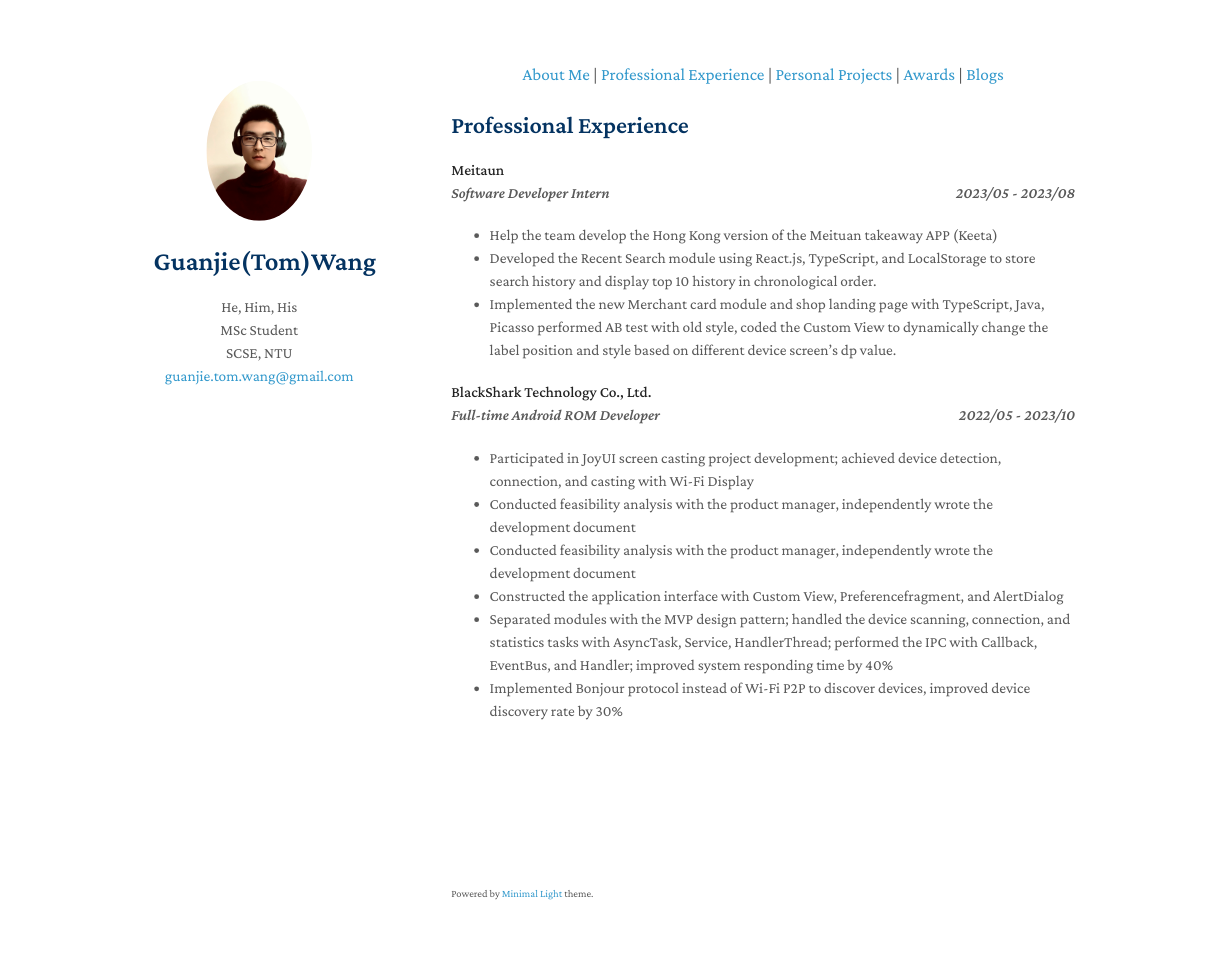
Repository: guanjie01/aboutme
Page: html/professional.html
These files come from the project's save history. The page is drawn as it stood at one moment and after the next save; the edit follows.
The browser window is 1280 px wide. The pictures show the whole page, at 96% of full size.

Above is the page before, as saved 2023-07-31 23:47:00.

### html/professional.html
<!DOCTYPE html>
<html lang="en" class="">

<head>
  <meta http-equiv="Content-Type" content="text/html; charset=UTF-8" />
  <title>Guanjie Wang</title>
  <link rel="shortcut icon" href="../assert/Icon.ico" />
  <meta http-equiv="X-UA-Compatible" content="IE=edge" />
  <meta name="viewport" content="width=device-width, initial-scale=1" />
  <meta name="description"
    content="The Minimal Light is a simple and elegant jekyll theme for academic personal homepage." />

  <meta name="keywords" content="minimal academic" />

  <link rel="stylesheet" href="../css/academicons.min.css" />

  <link rel="stylesheet" href="../css/all.min.css" />

  <link rel="stylesheet" href="../css/style.css" />
  <link type="text/css" rel="stylesheet" charset="UTF-8" href="../css/translateelement.css" />
</head>
<script src="../js/Professional.js"></script>

<body data-new-gr-c-s-check-loaded="14.1087.0" data-gr-ext-installed="">
  <div id="app">
    <div class="spinner">
      <div class="rect1"></div>
      <div class="rect2"></div>
      <div class="rect3"></div>
      <div class="rect4"></div>
      <div class="rect5"></div>
    </div>
    <p style="text-align: center; font-size: 28px">Loading, please wait...</p>
  </div>
  <div class="wrapper">
    <header id="hd">
      <a class="image avatar"><img src="../assert/Photo.jpg" alt="avatar" oncontextmenu="return false" /></a>

      <h1>Guanjie(Tom)Wang</h1>
      He, Him, His
      <br />
      MSc Student
      <br />

      SCSE, NTU

      <br />
      <a href="mailto: guanjie.tom.wang@gmail.com">guanjie.tom.wang@gmail.com</a>
    </header>
    <section id="main">
      <nav id="nav">
        <a href="https://o-guanjiewang-o.github.io/guanjiewang.com/index.html">About Me</a>
        |
        <a href="https://o-guanjiewang-o.github.io/guanjiewang.com/html/professional.html">Professional Experience</a>
        |
        <a href="https://o-guanjiewang-o.github.io/guanjiewang.com/html/project.html">Personal Projects</a>
        |
        <a href="https://o-guanjiewang-o.github.io/guanjiewang.com/html/awards.html">Awards</a>
        |
        <a href="https://o-guanjiewang-o.github.io/guanjiewang.com/html/blogs.html">Blogs</a>
      </nav>
      <br />
      <div id="work-experience">
        <h2>Professional Experience</h2>
        <div>
          <p>
            <strong style="float: left; margin-right: 10px;">Meitaun</strong>
          </p>
          <br />
          <p>
            <em style="float: left; font-size: 12;">Software Developer Intern</em>
            <em style="float: right; margin-left: 10px;font-size: medium;">2023/05 - 2023/08</em>
          </p>
          <br />
          <ul>
            <li>
              Help the team develop the Hong Kong version of the Meituan
              takeaway APP (Keeta)
            </li>
            <li>
              Developed the Recent Search module using React.js, TypeScript,
              and LocalStorage to store search history and display top 10
              history in chronological order.
            </li>
            <li>
              Implemented the new Merchant card module and shop landing page
              with TypeScript, Java, Picasso performed AB test with old style,
              coded the Custom View to dynamically change the label position
              and style based on different device screen’s dp value.
            </li>
          </ul>
        </div>
        <div>
          <p>
            <strong style="float: left; margin-right: 10px">BlackShark Technology Co., Ltd.</strong>
          </p>
          <br />
          <p>
            <em style="float: left">Full-time Android ROM Developer</em>
            <em style="float: right; margin-left: 10px">2022/05 - 2023/10</em>
          </p>
          <br />
          <ul>
            <li>
              Participated in JoyUI screen casting project development;
              achieved device detection, connection, and casting with Wi-Fi
              Display
            </li>
            <li>
              Conducted feasibility analysis with the product manager,
              independently wrote the development document
            </li>
            <li>
              Conducted feasibility analysis with the product manager,
              independently wrote the development document
            </li>
            <li>
              Constructed the application interface with Custom View,
              Preferencefragment, and AlertDialog
            </li>
            <li>
              Separated modules with the MVP design pattern; handled the
              device scanning, connection, and statistics tasks with
              AsyncTask, Service, HandlerThread; performed the IPC with
              Callback, EventBus, and Handler; improved system responding time
              by 40%
            </li>
            <li>
              Implemented Bonjour protocol instead of Wi-Fi P2P to discover
              devices, improved device discovery rate by 30%
            </li>
          </ul>
        </div>
      </div>

      <div id="reference">
        <br /><br /><br /><br /><br /><br />

        <p>
          <small>Powered by
            <a href="https://github.com/yaoyao-liu/minimal-light" target="_blank" rel="noopener">Minimal Light</a>
            theme.</small>
        </p>
      </div>
    </section>
  </div>
</body>

</html>

### css/style.css
@import url("https://fonts.googleapis.com/css2?family=Crimson+Pro:ital,wght@0,400;0,500;0,600;1,600&display=swap");
@import url("https://fonts.googleapis.com/css2?family=Ubuntu+Mono&display=swap");
body {
  background-color: #fff;
  padding: 0px;
  font: 16px/1.5 Crimson Pro, serif;
  color: #595959;
  font-weight: 400;
  margin: 0;
}
@keyframes fadeInAnimation {
  0% {
    opacity: 0; /*设置不透明度*/
  }
  100% {
    opacity: 1;
  }
}
.social-icons a {
  display: inline-block;
  height: 3rem;
  width: 3rem;
  background-color: #495057;
  color: #fff !important;
  border-radius: 100%;
  text-align: center;
  font-size: 1.5rem;
  line-height: 3.1rem;
  margin-right: 1rem;
}
.social-icons a:last-child {
  margin-right: 0;
}
.social-icons a:hover {
  background-color: #000000;
}
autocolor {
  color: #494949;
}
lightonly {
  visibility: visible;
}
darkonly {
  visibility: hidden;
}
education {
  font-weight: 500;
  font-size: 115%;
}
papertitle {
  font-weight: 600;
  font-size: 100%;
}
@media (prefers-color-scheme: dark) {
  body {
    background-color: #20212b;
    color: #dadbdf;
  }
  autocolor {
    color: #dadbdf;
  }
  lightonly {
    visibility: hidden;
  }
  darkonly {
    visibility: visible;
  }
  papertitle {
    color: #eeeff0;
  }
}
.image {
  border-radius: 0.35em;
  border: 0;
  display: inline-block;
  position: relative;
}
.image:before {
  -moz-transition: opacity 0.2s ease-in-out;
  -webkit-transition: opacity 0.2s ease-in-out;
  -ms-transition: opacity 0.2s ease-in-out;
  transition: opacity 0.2s ease-in-out;
  border-radius: 0.35em;
  content: "";
  display: block;
  height: 100%;
  left: 0;
  opacity: 0.5;
  position: absolute;
  top: 0;
  width: 100%;
}
.image.avatar {
  border-radius: 100%;
}
.image.avatar:before {
  display: none;
}
.image.avatar img {
  border-radius: 100%;
  width: 50%;
  padding: 20px;
}
#header .image.avatar {
  margin: 0 0 1em 0;
  width: 8em;
}
h1,
h3,
h4,
h5,
h6 {
  font-weight: 600;
  color: #043361;
  margin: 0 0 20px;
}
h2 {
  color: #043361;
  margin: 2px 0px 15px;
  font-size: 157%;
}
@media (prefers-color-scheme: dark) {
  h1,
  h3,
  h4,
  h5,
  h6 {
    color: #3eb7f0;
  }
  h2 {
    color: #3eb7f0;
  }
}
p,
ul,
ol,
table,
pre,
dl {
  margin: 0 0 20px;
}
h1,
h2,
h3 {
  line-height: 1.1;
}
h1 {
  font-size: 28px;
}
a {
  color: #39c;
  text-decoration: none;
}
a:hover {
  color: #069;
}
@media (prefers-color-scheme: dark) {
  a {
    color: #3eb7f0;
  }
}
a small {
  font-size: 11px;
  color: #777;
  margin-top: -0.3em;
  display: block;
}
a:hover small {
  color: #777;
}
.wrapper {
  width: 960px;
  margin: 0 auto;
}
blockquote {
  border-left: 1px solid #e5e5e5;
  margin: 0;
  padding: 0 0 0 20px;
  font-style: italic;
}
code,
pre {
  font-family: Monaco, Bitstream Vera Sans Mono, Lucida Console, Terminal,
    Consolas, Liberation Mono, DejaVu Sans Mono, Courier New, monospace;
  color: #333;
}
pre {
  max-width: 500px;
  padding: 8px 15px;
  background: #f8f8f8;
  border-radius: 5px;
  border: 1px solid #e5e5e5;
  overflow-x: auto;
}
table {
  width: 100%;
  border-collapse: collapse;
}
th,
td {
  text-align: left;
  padding: 5px 10px;
  border-bottom: 1px solid #e5e5e5;
}
dt {
  color: #444;
  font-weight: 500;
}
th {
  color: #444;
}
@media (prefers-color-scheme: dark) {
  th {
    color: #3eb7f0;
  }
  dt {
    color: #3eb7f0;
  }
}
img {
  max-width: 100%;
}
header {
  width: 220px;
  float: left;
  position: fixed;
  -webkit-font-smoothing: subpixel-antialiased;
  padding-top: 4em;
  text-align: center;
  animation: 1s fadeInAnimation;
  animation-iteration-count: 1;
  animation-fill-mode: forwards;
}
nav {
  text-align: center;
  font-size: large;
  animation: 1s fadeInAnimation;
  animation-iteration-count: 1;
  animation-fill-mode: forwards;
}
#about-me {
  animation: 1s fadeInAnimation;
  animation-iteration-count: 1;
  animation-fill-mode: forwards;
}
#work-experience {
  animation: 1s fadeInAnimation;
  animation-iteration-count: 1;
  animation-fill-mode: forwards;
}

#project {
  animation: 1s fadeInAnimation;
  animation-iteration-count: 1;
  animation-fill-mode: forwards;
}
#Awards {
  animation: 1s fadeInAnimation;
  animation-iteration-count: 1;
  animation-fill-mode: forwards;
}
#reference {
  animation: 1s fadeInAnimation;
  animation-iteration-count: 1;
  animation-fill-mode: forwards;
}
header ul {
  list-style: none;
  height: 40px;
  padding: 0;
  background: #f4f4f4;
  border-radius: 5px;
  border: 1px solid #e0e0e0;
  width: 270px;
}
header li {
  width: 89px;
  float: left;
  border-right: 1px solid #e0e0e0;
  height: 40px;
}
header li:first-child a {
  border-radius: 5px 0 0 5px;
}
header li:last-child a {
  border-radius: 0 5px 5px 0;
}
header ul a {
  line-height: 1;
  font-size: 11px;
  color: #999;
  display: block;
  text-align: center;
  padding-top: 6px;
  height: 34px;
}
header ul a:hover {
  color: #999;
}
header ul a:active {
  background-color: #f0f0f0;
}
strong {
  color: #222;
  font-weight: 500;
}
@media (prefers-color-scheme: dark) {
  strong {
    color: #eeeff0;
  }
}
header ul li + li + li {
  border-right: none;
  width: 89px;
}
header ul a strong {
  font-size: 14px;
  display: block;
  color: #222;
}
section {
  width: 650px;
  float: right;
  padding-top: 4em;
  padding-bottom: 50px;
}
small {
  font-size: 11px;
}
hr {
  border: 0;
  background: #e5e5e5;
  height: 1px;
  margin: 0 0 20px;
}
footer {
  width: 220px;
  float: left;
  position: fixed;
  bottom: 30px;
  -webkit-font-smoothing: subpixel-antialiased;
  text-align: center;
}
@media print, screen and (max-width: 960px) {
  div.wrapper {
    width: auto;
    margin: 0;
  }
  header,
  section,
  footer {
    float: none;
    position: static;
    width: auto;
  }
  header {
    padding-right: 320px;
  }
  section {
    border: 1px solid #e5e5e5;
    border-width: 1px 0;
    padding: 20px 0;
    margin: 0 0 20px;
  }
  header a small {
    display: inline;
  }
  header ul {
    position: absolute;
    right: 50px;
    top: 52px;
  }
  .image.avatar img {
    border-radius: 100%;
    width: 117px;
    padding: 20px;
  }
  #head1o2 {
    visibility: hidden;
  }
  #head2o2 {
    visibility: hidden;
  }
}
@media print, screen and (max-width: 960px) {
  body {
    word-wrap: break-word;
    padding: 15px;
  }
  header {
    padding: 0;
  }
  pre,
  code {
    word-wrap: normal;
  }
}
@media print, screen and (max-width: 480px) {
  body {
    padding: 15px;
  }
  header ul {
    width: 99%;
  }
  header li,
  header ul li + li + li {
    width: 33%;
  }
  .image.avatar img {
    border-radius: 100%;
    width: 95px;
    padding: 20px;
  }
  #head1o2 {
    visibility: hidden;
  }
  #head2o2 {
    visibility: hidden;
  }
}
@media print {
  body {
    padding: 0.4in;
    font-size: 12pt;
    color: #444;
  }
}
.biblink {
  text-decoration: none;
  display: inline;
  margin-right: 0px;
}
.fakelink {
  text-decoration: none;
  cursor: pointer;
}
.bibref {
  font-size: 70%;
  margin-top: 10px;
  margin-left: 0px;
  display: none;
  font-family: monospace;
}

.spinner {
  margin: 50px auto;
  width: 300px;
  height: 300px;
  text-align: center;
  font-size: 10px;
}

.spinner > div {
  background-color: #043361;
  height: 100%;
  width: 20px;
  display: inline-block;
  -webkit-animation: stretchDelay 1.2s infinite ease-in-out;
  animation: stretchDelay 1.2s infinite ease-in-out;
}

.spinner .rect2 {
  margin-left: 30px;
  -webkit-animation-delay: -1.1s;
  animation-delay: -1.1s;
}

.spinner .rect3 {
  margin-left: 30px;
  -webkit-animation-delay: -1s;
  animation-delay: -1s;
}

.spinner .rect4 {
  margin-left: 30px;
  -webkit-animation-delay: -0.9s;
  animation-delay: -0.9s;
}

.spinner .rect5 {
  margin-left: 30px;
  -webkit-animation-delay: -0.8s;
  animation-delay: -0.8s;
}

@-webkit-keyframes stretchDelay {
  0%,
  40%,
  100% {
    -webkit-transform: scaleY(0.4);
  }
  20% {
    -webkit-transform: scaleY(1);
  }
}

@keyframes stretchDelay {
  0%,
  40%,
  100% {
    transform: scaleY(0.4);
    -webkit-transform: scaleY(0.4);
  }
  20% {
    transform: scaleY(1);
    -webkit-transform: scaleY(1);
  }
}

Loaded but not shown: css/academicons.min.css (library); css/all.min.css (library); js/Professional.js (22 lines, source omitted); css/translateelement.css (924 lines, source omitted)

After the next save:
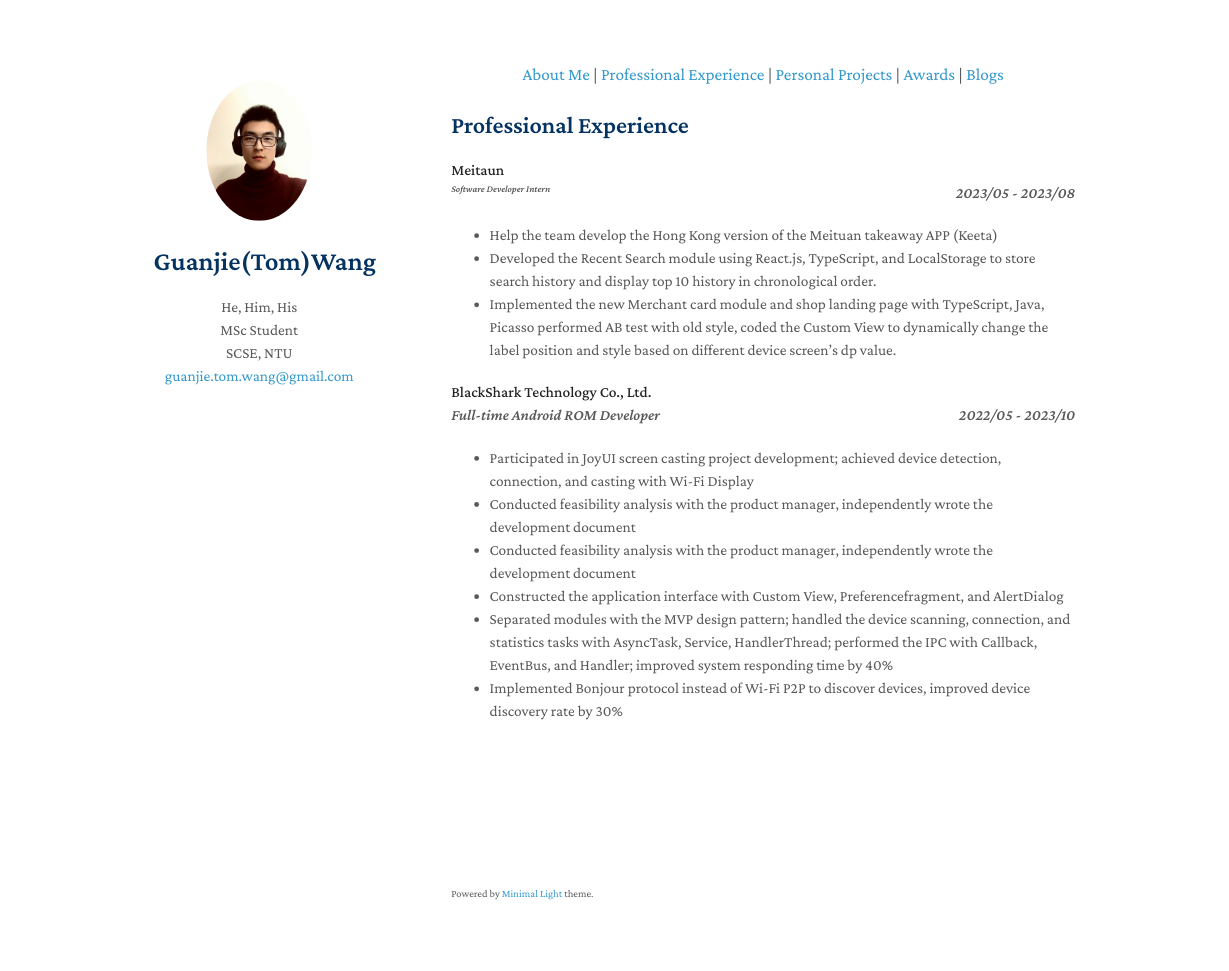
Saved 15 s later.
--- a/html/professional.html
+++ b/html/professional.html
@@ -68,7 +68,7 @@
           </p>
           <br />
           <p>
-            <em style="float: left; font-size: 12;">Software Developer Intern</em>
+            <em style="float: left; font-size: 10px;">Software Developer Intern</em>
             <em style="float: right; margin-left: 10px;font-size: medium;">2023/05 - 2023/08</em>
           </p>
           <br />

After the save that followed:
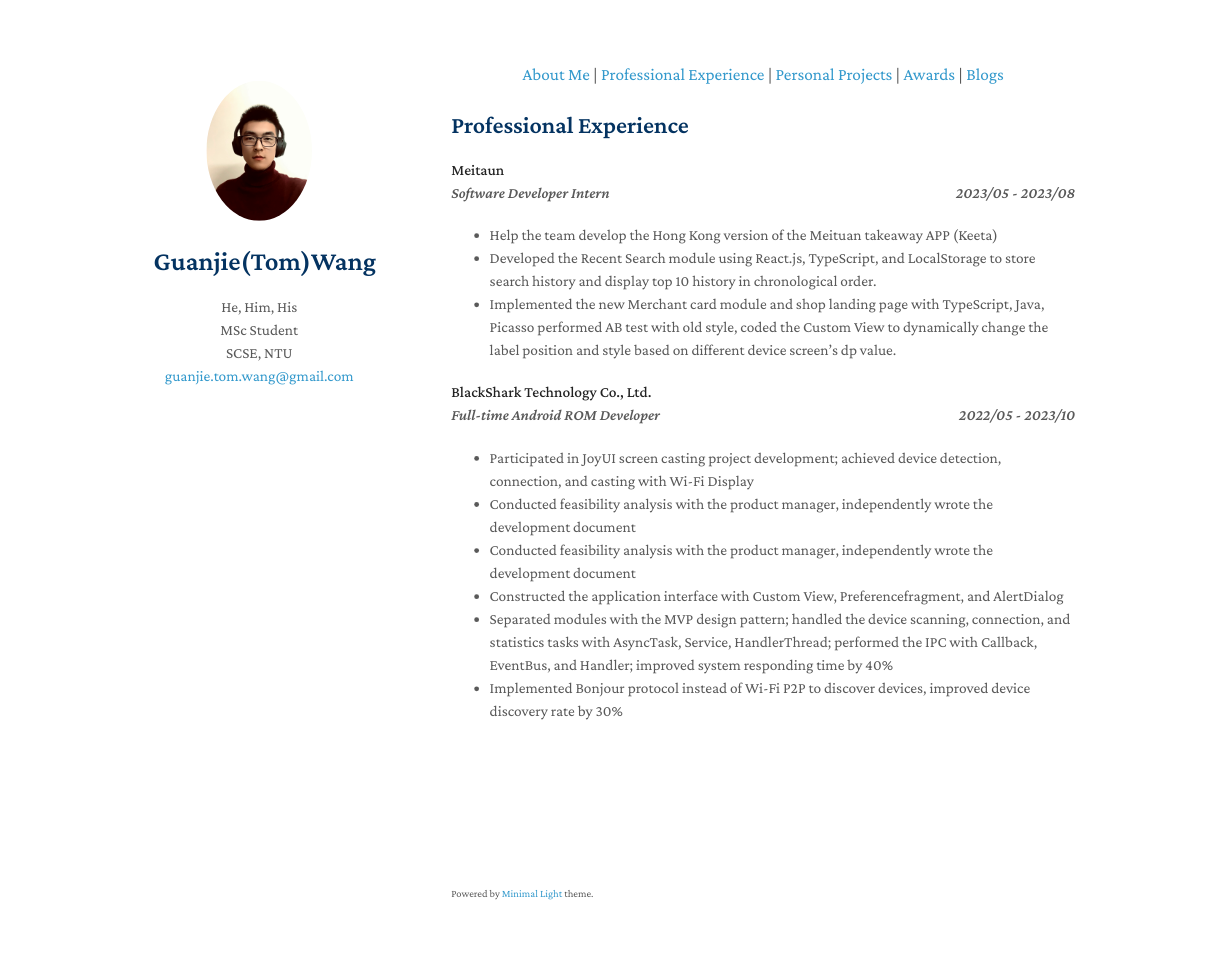
Saved 9 s later.
--- a/html/professional.html
+++ b/html/professional.html
@@ -68,7 +68,7 @@
           </p>
           <br />
           <p>
-            <em style="float: left; font-size: 10px;">Software Developer Intern</em>
+            <em style="float: left; font-size: medium;">Software Developer Intern</em>
             <em style="float: right; margin-left: 10px;font-size: medium;">2023/05 - 2023/08</em>
           </p>
           <br />
